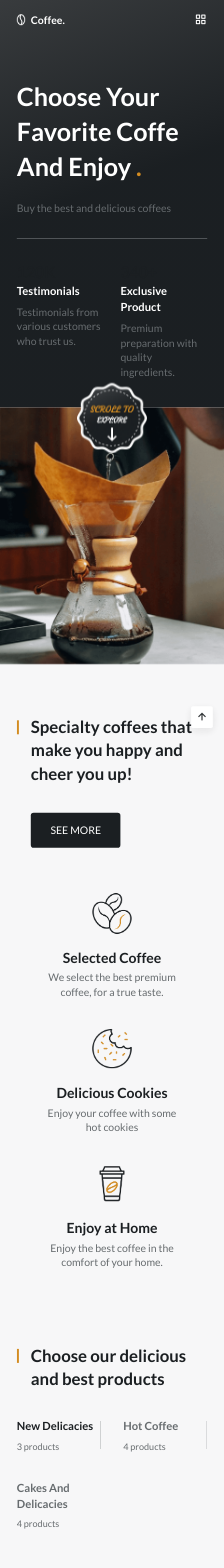
Repository: phong121020/coffee-responsive
Page: index.html
The author's editor kept a copy of each file at every save. The page is drawn from the files as they stood at one save, then again after the next save.
The browser window is 320 px wide. The pictures show the part of the page from y = 0 to 2240 px (the page is 5867 px tall before and 5799 px after), at 70% of full size.

Above is the page before, as saved 2022-03-08 16:37:19.

After the next save:
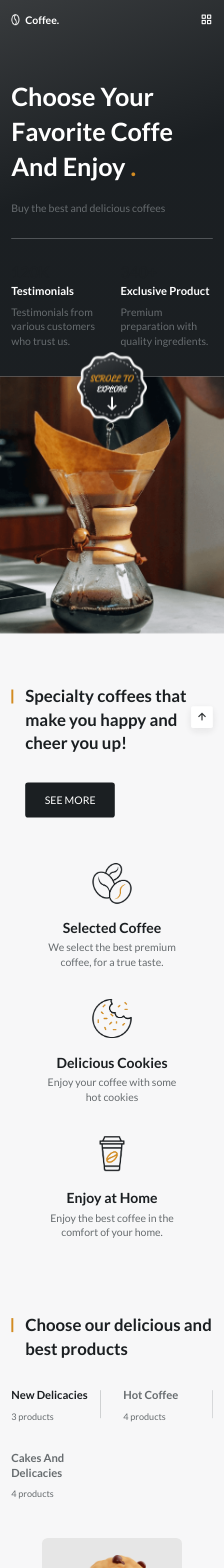
Saved 92 s later.
--- a/assets/css/style.css
+++ b/assets/css/style.css
@@ -657,4 +657,9 @@ button {
 
 /* BREAKPOINTS */
 /* for small devices */
-@media screen and (max-width: 320px);
+@media screen and (max-width: 320px) {
+  .container {
+    margin-left: 1rem;
+    margin-right: 1rem;
+  }
+} ;
